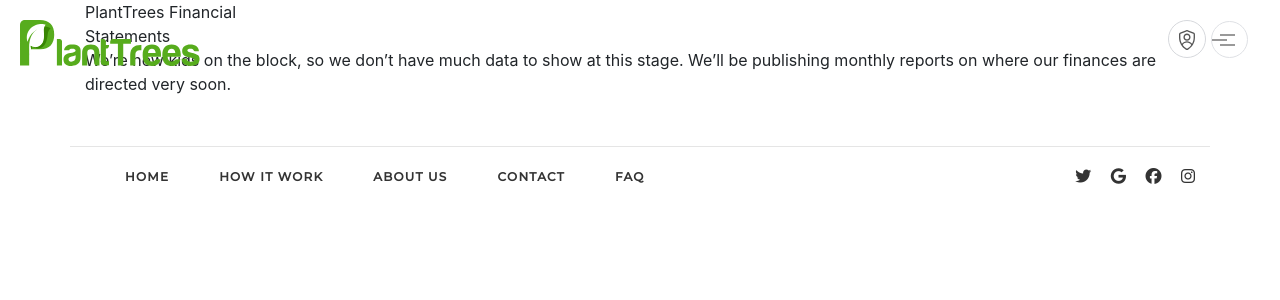
Repository: caothaito/b6g6
Page: bogo/financial.html
The author's editor kept a copy of each file at every save. The page is drawn from the files as they stood at one save, then again after the next save.
The browser window is 1280 px wide. The pictures show the whole page.
Some web libraries are served in a nearby version. The style sheet was rebuilt from its Sass, Less or Tailwind sources for each picture, by a compiler version that may differ from the author's.

Above is the page before, as saved 2020-09-17 09:00:16.

After the next save:
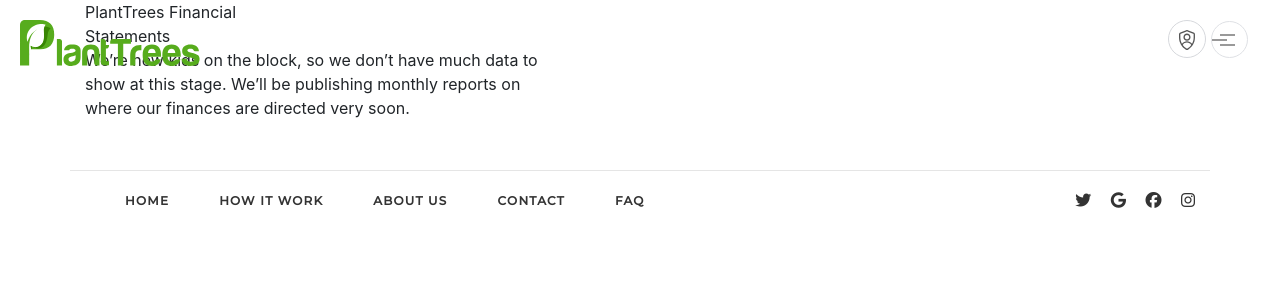
Saved 35 min 40 s later.
--- a/bogo/assets/css/financial.scss
+++ b/bogo/assets/css/financial.scss
@@ -34,8 +34,9 @@
 
 .plant-trees-financial{
     .plant-financialLeft{
+        max-width: 460px;
         .financial-title{
-            max-width: 460px;
+
         }
     }
 }
